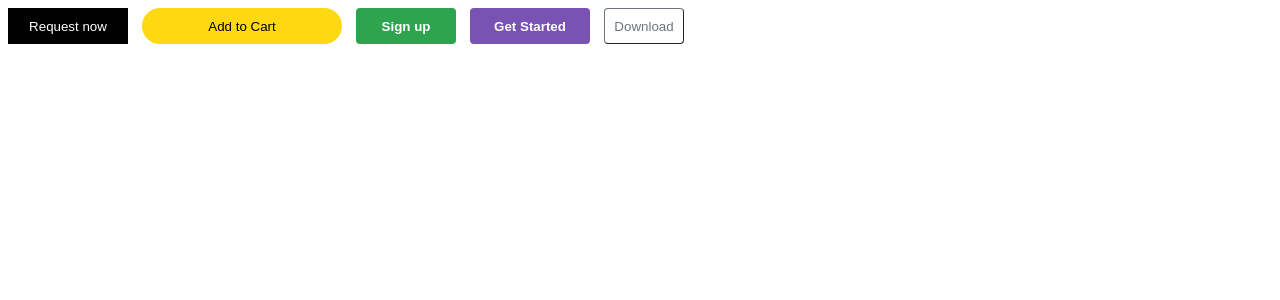
Repository: Kurumilli/Youtube
Page: Exercise2.html
The author's editor kept a copy of each file at every save. The page is drawn from the files as they stood at one save, then again after the next save.
The browser window is 1280 px wide. The pictures show the whole page.

Above is the page before, as saved 2025-01-23 20:46:39.

### Exercise2.html
<html>
    <body>
        <style>
            .uber{
                background-color: black;
                color: white;
                height:36px;
                border: none;
                width: 120px;
                margin-bottom: 10px;
                cursor: pointer;
                margin-right: 10px;
            }

            .amazon{
                background-color: rgb(255,216,20);
                height: 36px;
                width: 200px;
                border-radius: 18px;
                border: none;
                cursor: pointer;
                margin-right: 10px;
            }

            .Github{
                background-color: rgb(46,164,79);
                color: White;
                border: none;
                height: 36px;
                width: 100px;
                cursor: pointer;
                border-radius: 4px;
                font-weight: bold;
                margin-right: 10px;
            }

            .bootstrap2d{
                background-color: rgb(121,82,179);
                color: white;
                height: 36px;
                width: 120px;
                border: none;
                cursor: pointer;
                font-weight: bold;
                border-radius: 4px;
                margin-right: 10px;
            }

            .Bootstrap{
                color: rgb(108,117,125);
                background-color: white;
                height: 36px;
                width: 80px;
                cursor: pointer;
                border-radius: 4px;
                border-width: 1px;
                border-color: rgb(108,117,125);

            }
        </style>

        <button class="uber">
                Request now
        </button>

        <button class="amazon">
            Add to Cart
        </button>

        <button class="Github">
            Sign up
        </button>

        <button class="bootstrap2d">
            Get Started
        </button>


        <button class="Bootstrap">
            Download
        </button>
    </body>
</html>

After the next save:
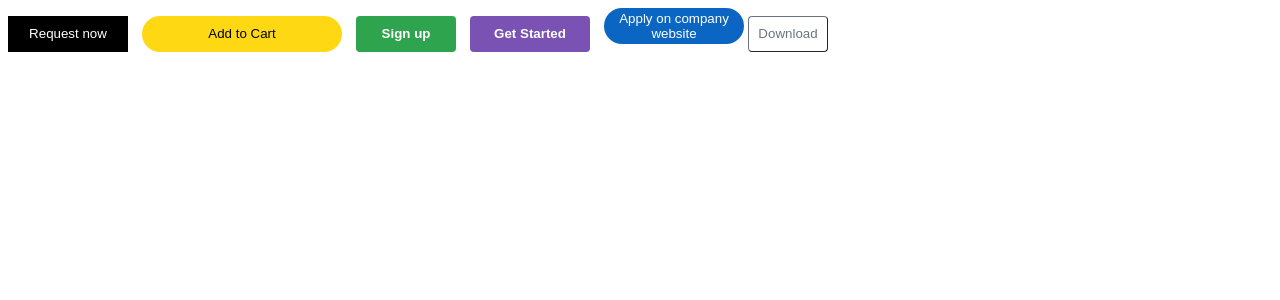
Saved 2 min 46 s later.
--- a/Exercise2.html
+++ b/Exercise2.html
@@ -55,6 +55,16 @@
                 border-radius: 4px;
                 border-width: 1px;
                 border-color: rgb(108,117,125);
+            }
+
+            .linkedin{
+                background-color: rgb(10,102,194);
+                color: white;
+                height: 36px;
+                width: 140px;
+                border: none;
+                cursor: pointer;
+                border-radius: 18px;
 
             }
         </style>
@@ -75,6 +85,9 @@
             Get Started
         </button>
 
+        <button class="linkedin">
+            Apply on company website
+        </button>
 
         <button class="Bootstrap">
             Download
